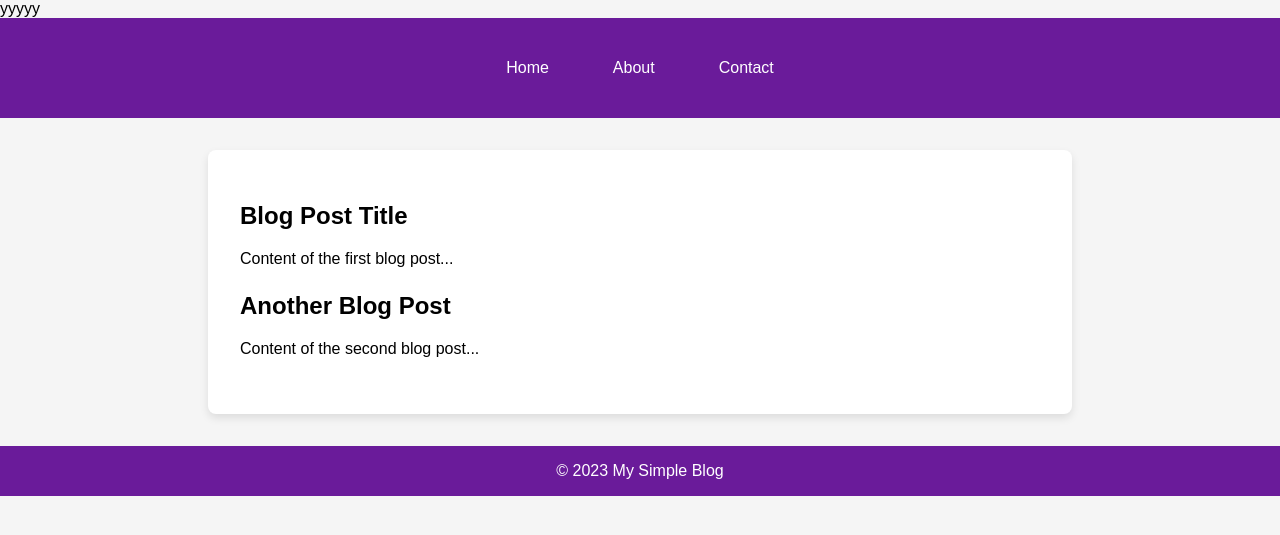
Repository: Femi007-gh/BLOG
Page: index.html
The author's editor kept a copy of each file at every save. The page is drawn from the files as they stood at one save, then again after the next save.
The browser window is 1280 px wide. The pictures show the whole page.

Above is the page before, as saved 2025-01-08 09:00:40.

After the next save:
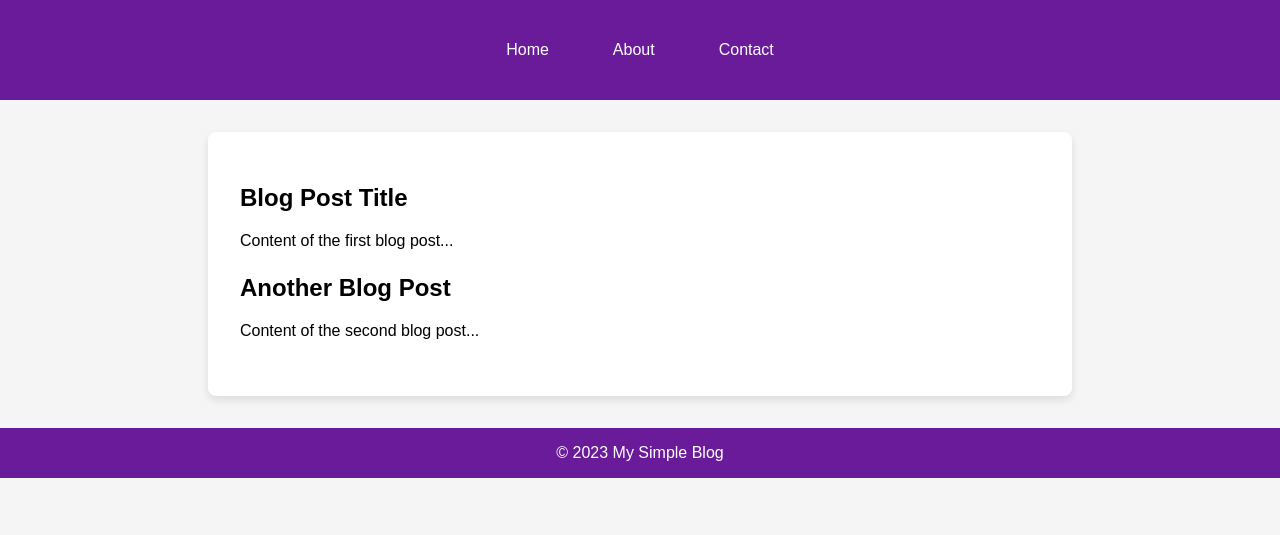
Saved 5 s later.
--- a/index.html
+++ b/index.html
@@ -1,6 +1,4 @@
-yyyyy
-  <!DOCTYPE html>
-  <html lang="en">
+ <html lang="en">
   <head>
     <meta charset="UTF-8">
     <meta name="viewport" content="width=device-width, initial-scale=1.0">
